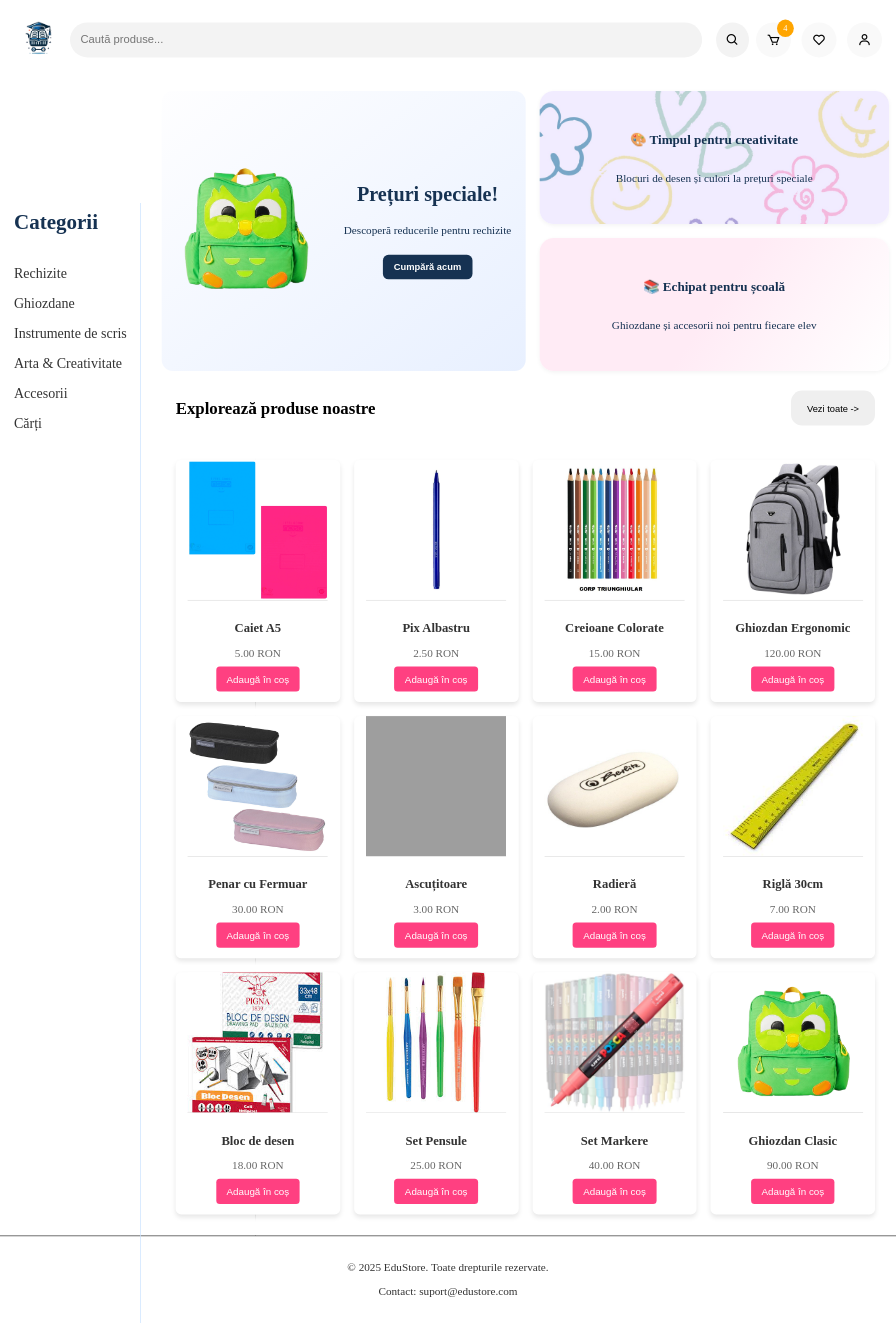
Repository: Roxana5504/WebDev-Project
Page: frontend/index.html
The author's editor kept a copy of each file at every save. The page is drawn from the files as they stood at one save, then again after the next save.
The browser window is 1280 px wide. The pictures show the whole page, at 70% of full size.
Pictures or frames that could not be fetched are drawn as grey boxes. An inner scrolling area shows only its first screen.

Above is the page before, as saved 2025-04-23 17:43:49.

### frontend/index.html
<!DOCTYPE html>
<html lang="ro">
  <head>
    <meta charset="UTF-8" />
    <meta name="viewport" content="width=device-width, initial-scale=1.0" />
    <title>Căutare Produse</title>
    <link rel="stylesheet" href="/styles.css" />
    <link
      href="https://cdn.jsdelivr.net/npm/boxicons@2.1.4/css/boxicons.min.css"
      rel="stylesheet"
    />
  </head>

  <body>
    <header class="container-header">
      <div class="logo">
        <img src="/backend/images/logoDWS.png" alt="EduStore" />
      </div>

      <div class="search-bar">
        <button class="sidebar-toggle" id="sidebar-toggle">
          <i class="bx bx-menu"></i>
        </button>
        <input type="text" id="search-input" placeholder="Caută produse..." />
        <button class="search-btn" id="search-btn">
          <i class="bx bx-search"></i>
        </button>
      </div>

      <div class="header-icons">
        <div class="header-icon">
          <span class="cart-items">4</span>
          <i class="bx bx-cart"></i>
        </div>
        <div class="header-icon">
          <i class="bx bx-heart"></i>
        </div>
        <div class="header-icon profile">
          <i class="bx bx-user"></i>
        </div>
      </div>
    </header>

    <div class="main-content">
      <aside class="sidebar">
        <div>
          <h2>Categorii</h2>
          <ul>
            <li>Rechizite</li>
            <li>Ghiozdane</li>
            <li>Instrumente de scris</li>
            <li>Arta & Creativitate</li>
            <li>Accesorii</li>
            <li>Cărți</li>
          </ul>
        </div>
      </aside>

      <div class="container">
        <section class="banner">
          <div class="banner-left">
            <div class="banner-left-content">
              <div class="img-cont">
                <img src="/backend/images/gh.jpg" alt="Oferta specială" />
              </div>

              <div class="banner-text">
                <h2>Prețuri speciale!</h2>
                <p>Descoperă reducerile pentru rechizite</p>
                <button class="buy-now-btn" id="buy-now-btn">
                  Cumpără acum
                </button>
              </div>
            </div>
          </div>

          <div class="banner-right">
            <div class="banner-right-up">
              <h3>🎨 Timpul pentru creativitate</h3>
              <p>Blocuri de desen și culori la prețuri speciale</p>
            </div>
            <div class="banner-right-down">
              <h3>📚 Echipat pentru școală</h3>
              <p>Ghiozdane și accesorii noi pentru fiecare elev</p>
            </div>
          </div>
        </section>

        <section class="products">
          <div class="products-explore-line">
            <h2>Explorează produse noastre</h2>
            <button class="all-products-button">Vezi toate -></button>
          </div>
          <div id="product-list" class="product-list"></div>
        </section>
      </div>
    </div>
    <footer>
      <p>&copy; 2025 EduStore. Toate drepturile rezervate.</p>
      <p>Contact: suport@edustore.com</p>
    </footer>
    <script src="script.js"></script>
  </body>
</html>

### frontend/styles.css
/*CSS Roxana*/
html,
body {
  height: auto; /* nu mai forțăm 100% */
  min-height: 100%;
  margin: 0;
  padding-top: 60px;
  overflow-x: hidden;
}

.modal-overlay {
  position: fixed;
  top: 0;
  left: 0;
  right: 0;
  bottom: 0;
  background: rgba(0, 0, 0, 0.6);
  display: flex;
  align-items: center;
  justify-content: center;
  padding: 20px;
  z-index: 9999;
  overflow-y: auto;
  box-sizing: border-box;
}

.modal-content {
  display: flex;
  flex-direction: column;
  background: white;
  padding: 20px;
  border-radius: 10px;
  max-width: 800px;
  width: 100%;
  max-height: 90vh;
  overflow-y: auto;
  position: relative;
  box-sizing: border-box;
  align-items: center;
}

.modal-buttons {
  align-items: center;
  display: flex;
  gap: 10px;
  margin-top: 20px;
}

.modal-content button {
  background-color: black;
  color: white;
  font-weight: bold;
  border: none;
  padding: 12px 16px;
  border-radius: 5px;
}

.close-btn {
  position: absolute;
  top: 10px;
  right: 15px;
  font-size: 24px;
  cursor: pointer;
  color: red;
}

.modal-products {
  display: flex;
  flex-wrap: wrap;
  gap: 20px;
}

.modal-product-card {
  width: 200px;
  border: 1px solid #eee;
  border-radius: 10px;
  padding: 10px;
  text-align: center;
}

.modal-product-card img {
  max-width: 100%;
  height: auto;
  border-radius: 5px;
}

.container-header {
  position: fixed;
  top: 0px;
  background-color: white;
  z-index: 98;
  padding: 20px;
  display: flex;
  align-items: center;
  justify-content: space-between;
  width: 100%;
  box-sizing: border-box;
  flex-wrap: wrap;
  gap: 10px;
}

.logo img {
  height: 70px;
  cursor: pointer;
}

.search-bar {
  flex: 1;
  gap: 20px;
  display: flex;
  align-items: center;
  position: relative;
  max-width: 1000px;
}

.search-btn {
  width: 50px;
  height: 50px;
  border-radius: 100%;
  border: none;
  background-color: #f3f3f3;
  display: flex;
  justify-content: center;
  align-items: center;
  cursor: pointer;
  font-size: 20px;
}

.search-bar input {
  min-width: 200px;
  width: 100%;
  height: 50px;
  padding: 10px 15px;
  border-radius: 50px;
  border: none;
  background-color: #f3f3f3;
  font-size: 16px;
  outline: none;
  box-sizing: border-box;
}

.header-icons {
  display: flex;
  align-items: center;
  gap: 15px;
}

.header-icon {
  position: relative;
  width: 50px;
  height: 50px;
  background-color: #f9f9f9;
  border-radius: 50%;
  display: flex;
  justify-content: center;
  align-items: center;
  cursor: pointer;
}

.header-icon i {
  font-size: 20px;
  color: black;
}

.cart-items {
  position: absolute;
  top: -4px;
  right: -4px;
  background-color: orange;
  color: white;
  font-size: 12px;
  border-radius: 100%;
  padding: 5px 9px;
}

.main-content {
  display: flex;
  width: 100%;
  box-sizing: border-box;
}

.container {
  flex: 1;
  width: 100%;
  margin: 0px auto;
  display: flex;
  flex-direction: column;
  padding: 10px;
  max-width: 1200px;
  box-sizing: border-box;
  justify-content: flex-start;
}

.sidebar {
  position: relative;
  top: 170px;
  height: auto;
  width: 200px;
  padding-right: 0px;
  margin-right: 20px;
  border-right: 1px solid rgb(203, 227, 255);
}

.sidebar div {
  position: sticky;
  top: 0px;
  background-color: white;
  z-index: 99;
}

.sidebar h2 {
  padding: 10px 0 10px 20px;
  font-size: 30px;
  font-weight: bold;
  margin-top: 0px;
  color: rgb(22, 50, 82);
}

.sidebar ul {
  list-style: none;
  padding: 0;
  margin: 0;
  margin-left: 20px;
}

.sidebar ul li {
  padding: 10px 0;
  font-size: 20px;
  color: #333;
  cursor: pointer;
  transition: color 0.3s ease;
}

.sidebar ul li:hover {
  color: #0d4e5a;
}

.sidebar-toggle {
  background: none;
  border: none;
  font-size: 25px;
  cursor: pointer;
  display: none;
}

.banner {
  display: flex;
  flex-wrap: wrap;
  gap: 20px;
  width: 100%;
  box-sizing: border-box;
}

.banner-left {
  box-sizing: border-box;
  background: linear-gradient(to bottom right, #fefeff, #e8f0ff);
  border-radius: 16px;
  padding: 10px;
  position: relative;
  display: flex;
  align-items: center;
  flex: 1;
}

.banner-left-content {
  display: flex;
  gap: 20px;
  align-items: center;
  flex-wrap: wrap;
  width: 100%;
  justify-content: center;
  text-align: center;
}

.banner-left-content img {
  width: 100%;
  max-width: 220px;
  height: auto;
  border-radius: 10px;
  object-fit: cover;
}

.banner-text {
  flex: 1;
  display: flex;
  flex-direction: column;
  gap: 10px;
}

.banner-text h2 {
  font-size: 1.8rem;
  color: rgb(22, 50, 82);
  margin: 0;
}

.banner-text p {
  font-size: 1rem;
  color: rgb(22, 50, 82);
}

.buy-now-btn {
  background-color: rgb(22, 50, 82);
  max-width: 200px;
  color: white;
  border: none;
  padding: 10px 16px;
  border-radius: 8px;
  font-weight: bold;
  cursor: pointer;
  align-self: center;
}

.banner-right {
  flex: 1;
  display: flex;
  flex-direction: column;
  justify-content: space-between;
  gap: 20px;
  min-width: 300px;
}

.banner-right-up,
.banner-right-down {
  border-radius: 20px;
  padding: 20px;
  text-align: center;
  min-height: 150px;
  display: flex;
  flex-direction: column;
  justify-content: center;
  box-shadow: 0 2px 6px rgba(0, 0, 0, 0.05);
}

.banner-right-up {
  background: url("/backend/images/bkgdsw.jpg");
  background-size: cover;
  color: rgb(22, 50, 82);
  flex: 1;
}

.banner-right-down {
  background: #ffebf5;
  background: linear-gradient(
    124deg,
    rgba(255, 235, 245, 1) 50%,
    rgba(255, 255, 255, 1) 100%
  );
  color: rgb(22, 50, 82);
  flex: 1;
}

footer {
  text-align: center;
  padding: 20px;
  border-top: 1px solid #333;
  color: #333;
  background-color: white;
}

.products-explore-line {
  display: flex;
  justify-content: space-between;
  width: 100%;
  box-sizing: border-box;
  align-items: center;
  padding: 20px;
}

.all-products-button {
  border: none;
  border-radius: 16px;
  padding: 0px 10px;
  width: 120px;
  height: 50px;
  cursor: pointer;
}

@media (max-width: 768px) {
  .search-bar {
    gap: 10px;
    width: 100%;
    margin: 0px;
    order: 1;
    display: flex;
    justify-content: center;
  }

  .search-bar input {
    flex: 1;
    margin: 0 10px;
  }

  .banner {
    flex-direction: column;
  }

  .banner-left {
    width: 100%;
    flex: none;
  }

  .banner-right {
    flex-direction: row;
    flex-wrap: wrap;
    width: 100%;
    gap: 20px;
  }

  .banner-right-up,
  .banner-right-down {
    flex: 1 1 48%;
    min-width: 48%;
    padding: 15px;
  }
}

@media (max-width: 600px) {
  .modal-products {
    flex-direction: column;
    align-items: center;
  }

  .modal-product-card {
    width: 100%;
    max-width: 300px;
  }
  .sidebar {
    position: fixed;
    z-index: 99;
    transform: translateX(-100%);
    display: none;
    border: none;
  }

  .sidebar-toggle {
    display: block;
  }

  .sidebar.open {
    transform: translateX(0);
    display: block;
  }

  .sidebar h2 {
    font-size: 22px;
  }

  .sidebar ul li {
    font-size: 16px;
  }
}

/*Sfarsit CSS Roxana*/

.product-list {
  display: grid;
  grid-template-columns: repeat(auto-fit, minmax(220px, 1fr));
  gap: 20px;
  padding: 20px;
}

.product-card {
  background: white;
  border-radius: 8px;
  box-shadow: 0px 4px 8px rgba(0, 0, 0, 0.1);
  overflow: hidden;
  text-align: center;
  transition: transform 0.2s ease-in-out;
}

.product-card:hover {
  transform: scale(1.05);
}

.product-card img {
  width: 100%;
  height: 200px;
  object-fit: cover;
  border-bottom: 1px solid #ddd;
}

.product-card .product-info {
  padding: 15px;
}

.product-card h3 {
  font-size: 18px;
  margin: 10px 0;
  color: #333;
}

.product-card p {
  font-size: 16px;
  color: #666;
  margin-bottom: 10px;
}

.product-card button {
  background: #ff4081;
  color: white;
  border: none;
  padding: 10px 15px;
  border-radius: 5px;
  cursor: pointer;
  font-size: 14px;
  transition: background 0.3s;
}

.product-card button:hover {
  background: #e6006e;
}

@media (max-width: 768px) {
  .product-list {
    grid-template-columns: repeat(auto-fit, minmax(180px, 1fr));
  }
}

### frontend/script.js
//Roxana
document.addEventListener("DOMContentLoaded", function () {
  const categoryItems = document.querySelectorAll("aside li")
  const productList = document.getElementById("product-list")
  let products = []

  fetch("/products.json")
    .then((response) => {
      if (!response.ok) {
        throw new Error("Eroare la încărcarea fișierului products.json")
      }
      return response.json()
    })
    .then((data) => {
      products = data.products.map((product) => {
        const name = product.name.toLowerCase()
        let category = "altele"

        if (name.includes("ghiozdan")) category = "ghiozdane"
        else if (
          name.includes("pix") ||
          name.includes("creion") ||
          name.includes("marker") ||
          name.includes("pensul")
        )
          category = "arta-creativitate"
        else if (
          name.includes("radier") ||
          name.includes("ascuțitoare") ||
          name.includes("rigl")
        )
          category = "accesorii"
        else if (
          name.includes("caiet") ||
          name.includes("penar") ||
          name.includes("bloc")
        )
          category = "rechizite"

        return { ...product, category }
      })

      renderProducts()
    })
    .catch((error) => {
      console.error("Eroare la încărcare produse:", error)
    })

  function renderProducts() {
    productList.innerHTML = ""
    products.forEach((product) => {
      const productCard = document.createElement("div")
      productCard.classList.add("product-card")
      productCard.setAttribute("data-category", product.category)
      productCard.innerHTML = `
        <img src="${product.image}" alt="${
        product.name
      }" style="width: 200px; height: 200px; object-fit: cover;">
        <div class="product-info">
          <h3>${product.name}</h3>
          <p>${product.price.toFixed(2)} RON</p>
          <button>Adaugă în coș</button>
        </div>
      `
      productList.appendChild(productCard)
    })
  }

  categoryItems.forEach((item) => {
    item.addEventListener("click", function () {
      const category = this.textContent
        .trim()
        .toLowerCase()
        .replace(/\s+/g, "-")
      const productCards = document.querySelectorAll(".product-card")

      productCards.forEach((product) => {
        if (
          product.getAttribute("data-category") === category ||
          category === "toate"
        ) {
          product.style.display = "flex"
        } else {
          product.style.display = "none"
        }
      })
    })
  })
})

document.getElementById("search-btn").addEventListener("click", () => {
  const query = document.getElementById("search-input").value.trim()

  fetch(`/products/${query}`)
    .then((res) => {
      if (!res.ok) throw new Error("Server error: " + res.status)
      return res.json()
    })
    .then((data) => {
      if (data.length > 0) {
        showModalWithProducts(data)
      } else {
        showNoProductFoundModal(query)
      }
    })
    .catch((err) => {
      console.error("Eroare:", err)
    })
})

document.getElementById("buy-now-btn").addEventListener("click", () => {
  const query = "Ghiozdan Clasic"
  fetch(`/products/${query}`)
    .then((res) => {
      if (!res.ok) throw new Error("Server error: " + res.status)
      return res.json()
    })
    .then((data) => {
      if (data.length > 0) {
        showModalWithProducts(data)
      } else {
        showNoProductFoundModal(query)
      }
    })
    .catch((err) => {
      console.error("Eroare:", err)
    })
})

function showModalWithProducts(products) {
  let modalHTML = `
      <div id="product-modal" class="modal-overlay">
        <div class="modal-content">
          <span class="close-btn" onclick="closeModal()">&times;</span>
          <h2>Rezultate Căutare</h2>
          <div class="modal-products">
    `

  products.forEach((product) => {
    modalHTML += `
        <div class="modal-product-card">
          <img src="${product.image}" alt="${product.name}" />
          <h3>${product.name}</h3>
          <p>Preț: ${product.price} lei</p>
          <p>Cantitate: ${product.quantity ?? "Nespecificat"}</p>
        </div>
      `
  })

  modalHTML += `
          </div>
        </div>
      </div>
    `

  document.body.insertAdjacentHTML("beforeend", modalHTML)
}

function showNoProductFoundModal(query) {
  const modalHTML = `
      <div id="product-modal" class="modal-overlay">
        <div class="modal-content">
          <span class="close-btn" onclick="closeModal()">&times;</span>
          <h2>Produs negăsit</h2>
          <p>Nu am găsit produsul <strong>"${query}"</strong>.</p>
          <p>Dorești să îl adaugi în magazin?</p>
          <div class="modal-buttons">
          <button onclick="openAddProductForm('${query}')">Adaugă produs</button>
          <button onclick="closeModal()">Încearcă din nou</button></div>
        </div>
      </div>
    `
  document.body.insertAdjacentHTML("beforeend", modalHTML)
}

function closeModal() {
  const modal = document.getElementById("product-modal")
  if (modal) modal.remove()
}

const sidebarToggle = document.getElementById("sidebar-toggle")
const sidebar = document.querySelector(".sidebar")

sidebarToggle.addEventListener("click", () => {
  sidebar.classList.toggle("open")
})
//Sfarsit cod Roxana

### backend/products.json
{
  "products": [
    { "name": "Caiet A5", "price": 5.0, "image": "/backend/images/caiet.jpg" },
    {
      "name": "Pix Albastru",
      "price": 2.5,
      "image": "/backend/images/pix.jpg",
      "quantity": 20
    },
    {
      "name": "Creioane Colorate",
      "price": 15.0,
      "image": "/backend/images/creioane.jpg",
      "quantity": 20
    },
    {
      "name": "Ghiozdan Ergonomic",
      "price": 120.0,
      "image": "/backend/images/ghiozdan.jpg",
      "quantity": 20
    },
    {
      "name": "Penar cu Fermuar",
      "price": 30.0,
      "image": "/backend/images/penar.jpg",
      "quantity": 20
    },
    {
      "name": "Ascuțitoare",
      "price": 3.0,
      "image": "/backend/images/ascutitoare.jpg",
      "quantity": 20
    },

    {
      "name": "Radieră",
      "price": 2.0,
      "image": "/backend/images/radiera.jpg",
      "quantity": 20
    },
    {
      "name": "Riglă 30cm",
      "price": 7.0,
      "image": "/backend/images/rigla.jpg",
      "quantity": 20
    },
    {
      "name": "Bloc de desen",
      "price": 18.0,
      "image": "/backend/images/blocdesen.jpg",
      "quantity": 20
    },
    {
      "name": "Set Pensule",
      "price": 25.0,
      "image": "/backend/images/pensule.jpg",
      "quantity": 20
    },
    {
      "name": "Set Markere",
      "price": 40.0,
      "image": "/backend/images/markere.jpg",
      "quantity": 20
    },
    {
      "name": "Ghiozdan Clasic",
      "price": 90.0,
      "image": "/backend/images/gh.jpg",
      "quantity": 20
    }
  ]
}

After the next save:
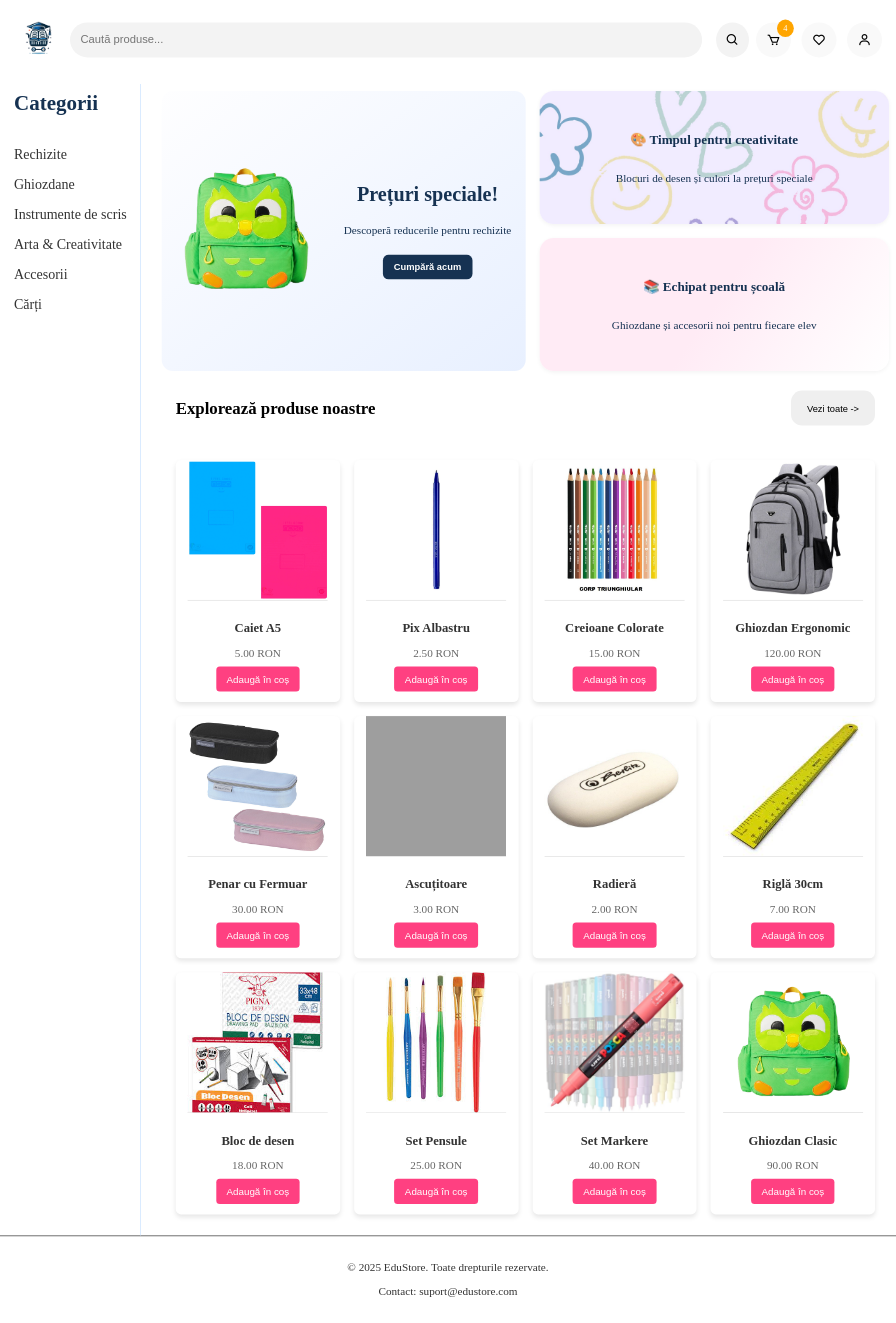
Saved 50 s later.
--- a/frontend/styles.css
+++ b/frontend/styles.css
@@ -193,7 +193,6 @@ body {
 
 .sidebar {
   position: relative;
-  top: 170px;
   height: auto;
   width: 200px;
   padding-right: 0px;
